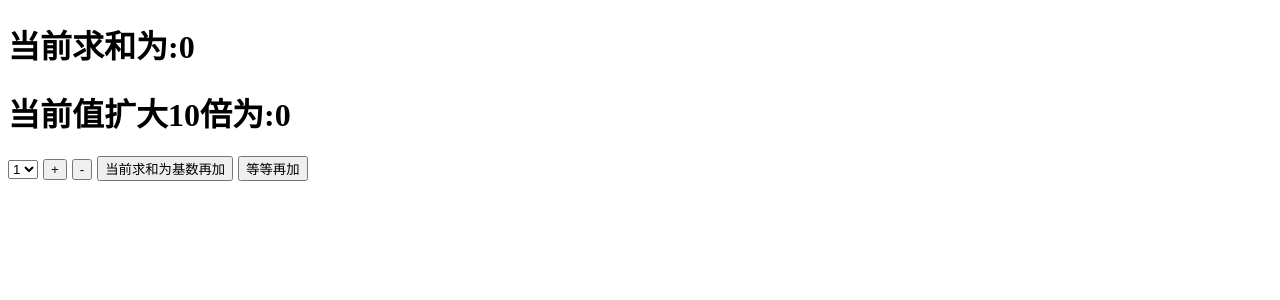
Repository: ldqml/vue.test
Page: / (app in vuexx/)
These files come from the project's save history. The page is drawn as it stood at one moment and after the next save; the edit follows.
The browser window is 1280 px wide. The pictures show the whole page.
The project was rebuilt for these pictures with package versions that can differ from the ones it lists, and the page was loaded fresh each time. Also part of the build but not shown: vuexx/vue.config.js, vuexx/src/components/PerSon.vue.

Above is the page before, as saved 2022-08-21 16:54:12.

### vuexx/src/App.vue
<template>
<div>
    <sum-add></sum-add>
    <per-song></per-song>
</div>
</template>

<script>
import PerSon from './components/PerSon'
import SumAdd from './components/SumAdd'
export default {
    name:'App',
    components:{SumAdd,PerSon}
}
</script>

<style>

</style>

### vuexx/src/store/index.js
import Vue from 'vue';
import Vuex from 'vuex';

Vue.use(Vuex)

const actions ={
    Ji(content,value){
        if(content.state.sum % 2){
            content.commit('Add',value)
        }
    },
    Timeadd(content,value){
        setTimeout(() =>{
            content.commit('Add',value)
        },1000)
    }
}
const mutations ={
    Add(state,value){
        state.sum += value
    },
    Jian(state,value){
        state.sum -= value
    }
}
const state ={
    sum:0
}
const getters ={
    Bigsum(state){
        return state.sum*10
    }
}
export default new Vuex.Store({
    actions,
    mutations,
    state,
    getters
})

### vuexx/src/components/SumAdd.vue
<template>
  <div>
    <h1>当前求和为:{{sum}}</h1>
    <h1>当前值扩大10倍为:{{Bigsum}}</h1>
    <select v-model.number="n">
        <option value="1">1</option>
        <option value="2">2</option>
        <option value="3">3</option>
    </select>
    <button @click="jia(n)">+</button>
    <button @click="jian(n)">-</button>
    <button @click="ji(n)">当前求和为基数再加</button>
    <button @click="deng(n)">等等再加</button>
  </div>
</template>

<script>
import {mapGetters, mapState,mapMutations,mapActions} from 'vuex'
export default {
    name:'SumAdd',
    data(){
        return{
            n:1,
        }
    },
    methods:{
        ...mapMutations({jia:'Add',jian:'Jian'}),
        ...mapActions({ji:'Ji',deng:'Timeadd'})
    },
    computed:{
        ...mapState({sum:'sum'}),
        ...mapGetters({Bigsum:'Bigsum'})
    },
}
</script>

<style>
button{
    margin-left: 5px;
}
</style>

Loaded but not shown: vuexx/public/index.html (common file); vuexx/src/main.js (common file)

After the next save:
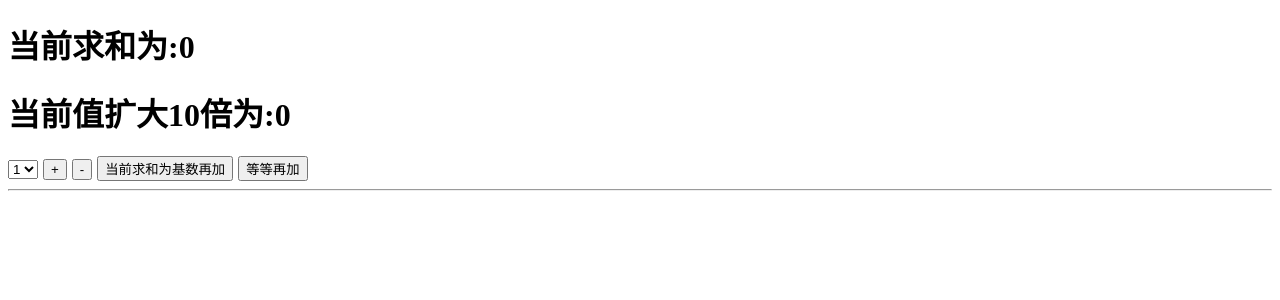
Saved 19 s later.
--- a/vuexx/src/App.vue
+++ b/vuexx/src/App.vue
@@ -1,6 +1,7 @@
 <template>
 <div>
     <sum-add></sum-add>
+    <hr>
     <per-song></per-song>
 </div>
 </template>
